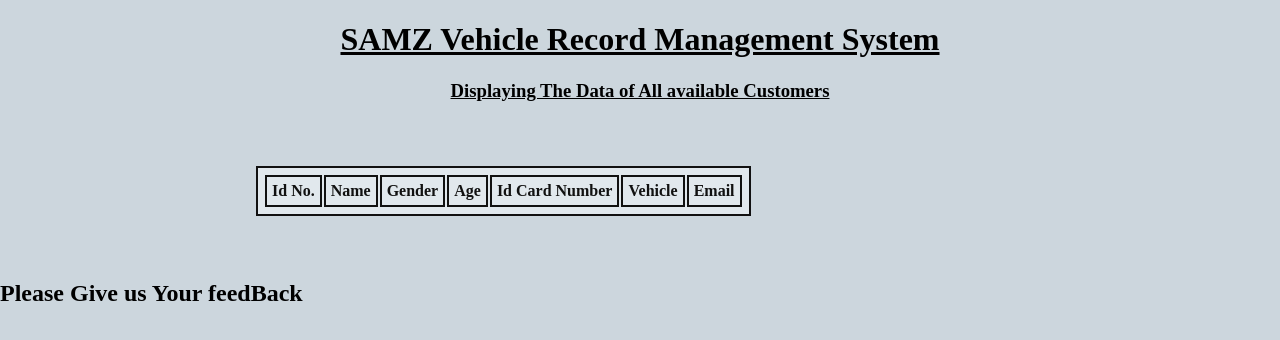
Repository: MUHAMMAD-SAQIB-2000/SpringBoot
Page: http://localhost/WebServiceRecordManagementSystem/CustomerList.jsp
An editor plug-in stored every save of this project. The page is shown before and after the next save, followed by the edit.
The browser window is 1280 px wide. The pictures show the whole page.
The page is served by Tomcat 9. Other server files are loaded and not shown. The template is opened directly, without the code that normally fills it, so the values that code supplies are empty.

Above is the page before, as saved 2020-08-11 19:01:30.

### WebServiceRecordManagementSystem/src/main/webapp/CustomerList.jsp
<%@ page language="java" contentType="text/html; charset=ISO-8859-1"
	pageEncoding="ISO-8859-1"%>
<%@ taglib prefix="form" uri="http://www.springframework.org/tags/form"%>
<%@ taglib uri="http://java.sun.com/jsp/jstl/core" prefix="c"%>
<!DOCTYPE html>
<html>
<head>
<meta charset="ISO-8859-1">
<title>Customers Record Form</title>
<style>
body{
margin:0px;
padding:0px;
background-color: #CCD6DD;
}
table, th, td {
	text-align:center;
	border: 2px solid #111;
	margin:10px;
	padding:5px;
}
.tableCSS{
	background-color:#E1E8ED;
	color:#111;
	margin:5% 20%;
}
.h{
	text-align:center;
	text-decoration: underline;
}
</style>
</head>
<body>
<main>
	<div>
	<h1 class="h">SAMZ Vehicle Record Management System</h1>
	<h3 class="h">Displaying The Data of All available Customers</h3>
	</div>
	<div>
		<table  class="tableCSS">
			<thead>
				<tr>
					<th>Id No.</th>
					<th>Name</th>
					<th>Gender</th>
					<th>Age</th>
					<th>Id Card Number</th>
					<th>Vehicle</th>
					<th>Email</th>
				</tr>
			</thead>
			<tbody>
				<c:forEach items="${list}" var="customer">
					<tr>
						<td>${customer.customerID}</td>
						<td>${customer.customerName}</td>
						<td>${customer.customerGender}</td>
						<td>${customer.customerAge}</td>
						<td>${customer.customerIdCardNumber}</td>
						<td>${customer.customerVehicle}</td>
						<td>${customer.customerEmail}</td>
					</tr>
				</c:forEach>
			</tbody>
		</table>
	</div>
	</main>
	<footer>
		<h2>Please Give us Your feedBack</h2>
	</footer>
</body>
</html>

After the next save:
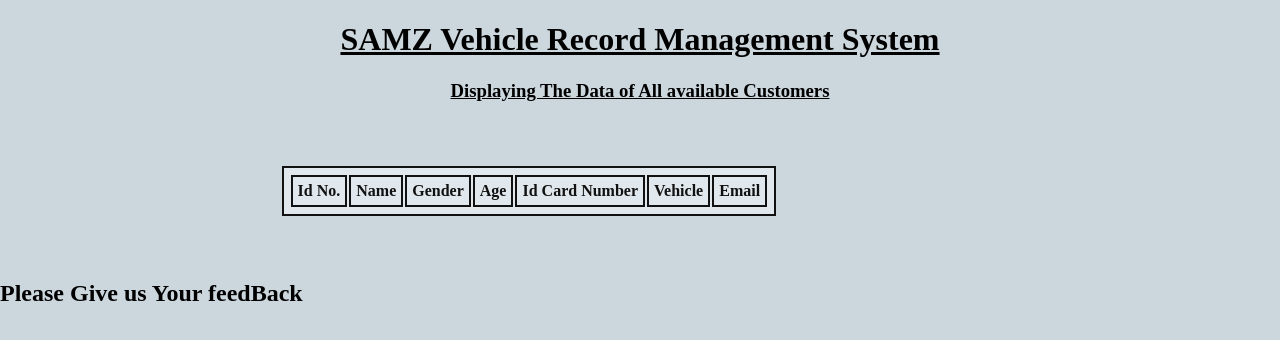
Saved 9 s later.
--- a/WebServiceRecordManagementSystem/src/main/webapp/CustomerList.jsp
+++ b/WebServiceRecordManagementSystem/src/main/webapp/CustomerList.jsp
@@ -22,7 +22,7 @@ table, th, td {
 .tableCSS{
 	background-color:#E1E8ED;
 	color:#111;
-	margin:5% 20%;
+	margin:5% 22%;
 }
 .h{
 	text-align:center;
